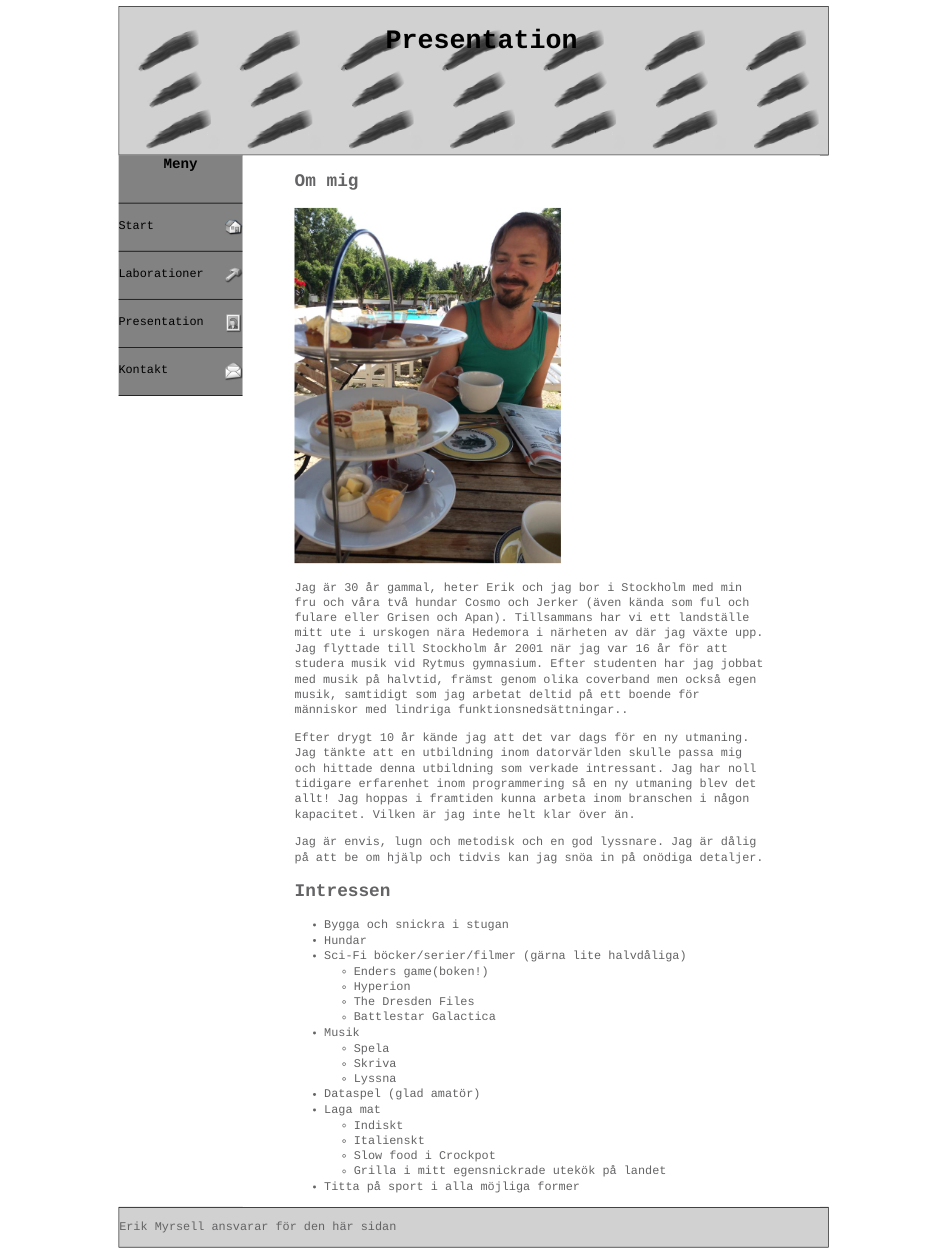
Repository: em222mt/1IK415_em222mt
Page: pages/presentation.html
The author's editor kept a record of every edit. The page is drawn from the files as they stood at one moment, then again after the next edit.
The browser window is 1280 px wide. The pictures show the whole page, at 74% of full size.

Above is the page before.

After the next edit:
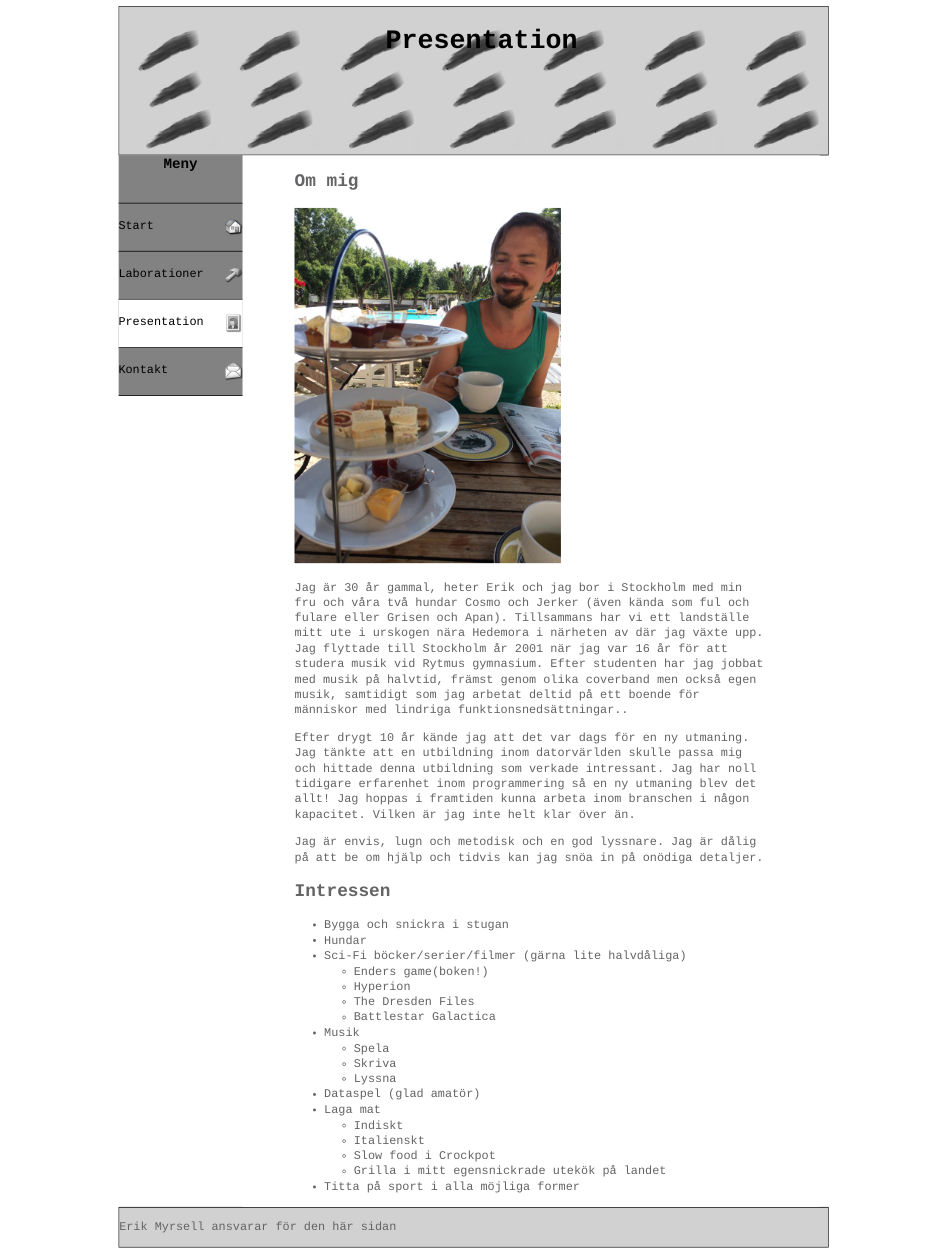
The edit:
--- a/pages/presentation.html
+++ b/pages/presentation.html
@@ -25,8 +25,8 @@
                 <ul>
                     <li>Meny</li>
                     <li><a href="index.html">Start</a><a id="home-icon" href="index.html"></a></li>
-                    <li><a href="pages/laborationer.html">Laborationer</a><a id="work-icon"></a></li>
-                    <li><a href="pages/presentation.html">Presentation</a><a id="bio-icon"></a></li>
+                    <li><a href="laborationer.html">Laborationer</a><a id="work-icon"></a></li>
+                    <li class="active"><a href="pages/presentation.html">Presentation</a><a id="bio-icon"></a></li>
                     <li><a href="pages/kontakt.html">Kontakt</a><a id="contact-icon"></a></li>
                 </ul>
 
